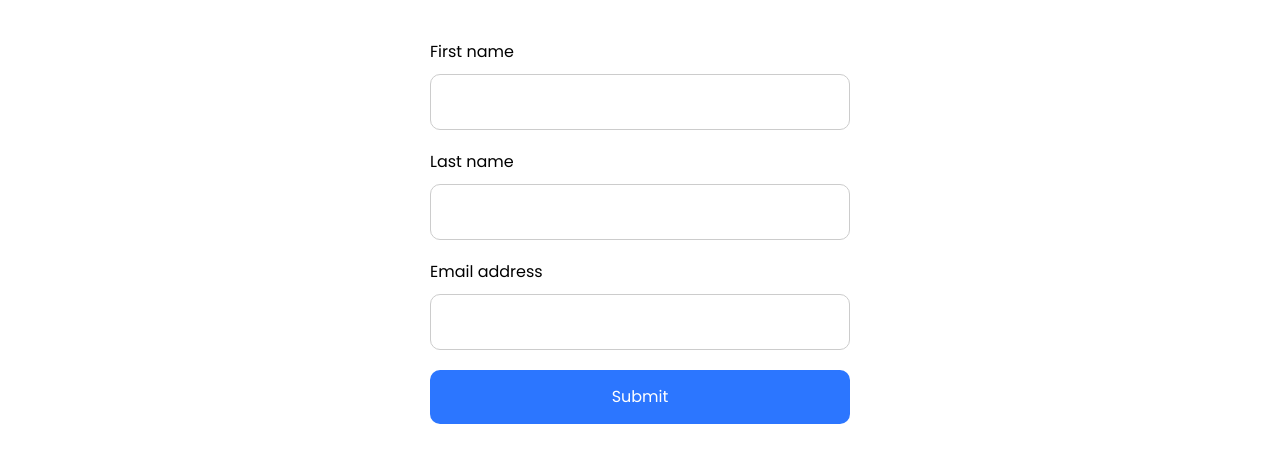
Repository: hoang0508/ReactJsDevWork
Page: /
These files come from the project's save history. The page is drawn as it stood at one moment and after the next save; the edit follows.
The browser window is 1280 px wide. The pictures show the whole page.
The project was rebuilt for these pictures with package versions that can differ from the ones it lists, and the page was loaded fresh each time.

Above is the page before, as saved 2022-02-13 15:51:36.

After the next save:
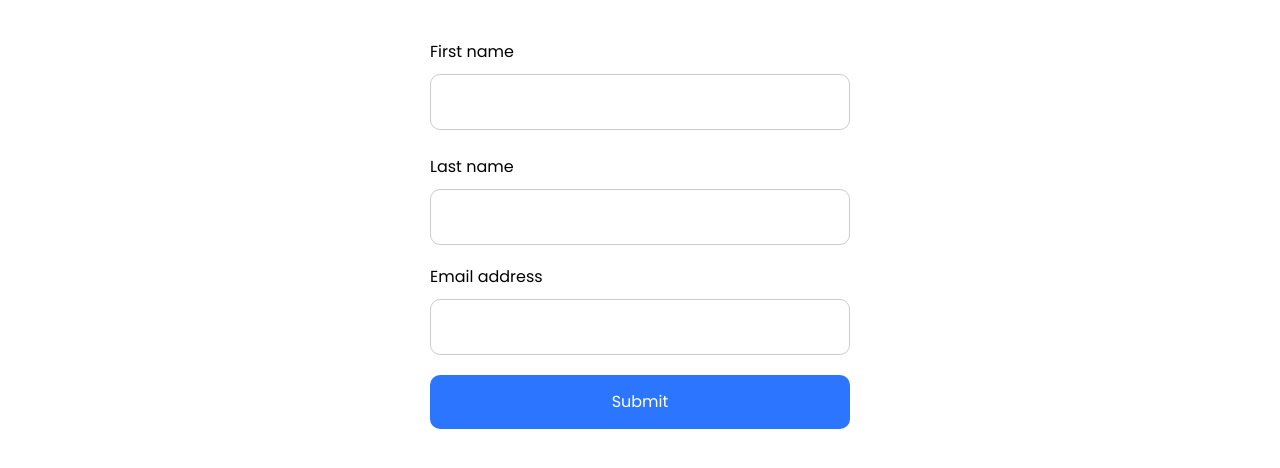
Saved 93 s later.
--- a/src/components/Form/FormV2.js
+++ b/src/components/Form/FormV2.js
@@ -34,6 +34,9 @@ const FormV2 = () => {
             name="firstName"
             id="firstName"
           ></Field>
+          <div className="form-error">
+            <ErrorMessage name="firstName"></ErrorMessage>
+          </div>
         </div>
         <div className="form-group">
           <label htmlFor="lastName" className="form-label">
